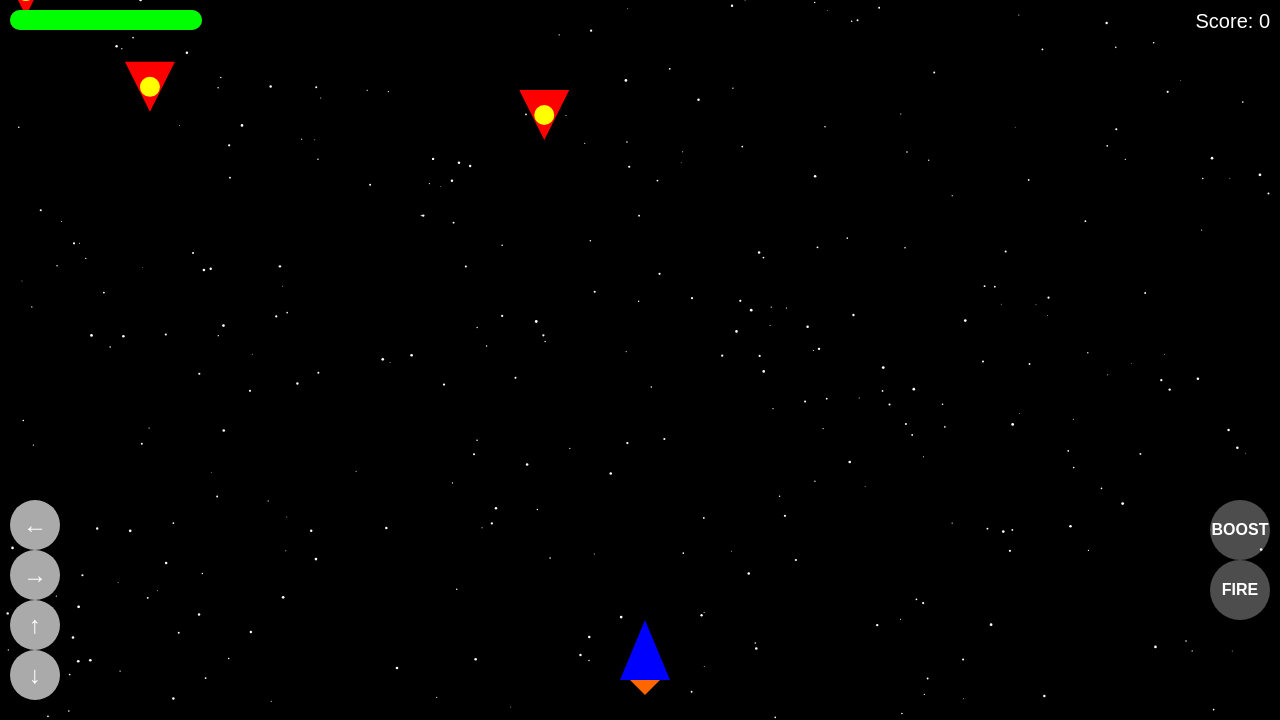
Repository: BiranOrundas/space-shooter
Page: space-shooter.html
An editor plug-in stored every save of this project. The page is shown before and after the next save, followed by the edit.
The browser window is 1280 px wide. The pictures show the whole page.

Above is the page before, as saved 2025-03-13 15:59:56.

### space-shooter.html
<!DOCTYPE html>
<html lang="en">
<head>
  <meta charset="UTF-8">
  <meta name="viewport" content="width=device-width, initial-scale=1.0">
  <title>Space Shooter</title>
  <style>
    body {
      margin: 0;
      overflow: hidden;
      touch-action: none;
      font-family: Arial, sans-serif;
      background-color: #000;
      display: flex;
      justify-content: center;
      align-items: center;
      height: 100vh;
    }

    #game-container {
      position: relative;
      width: 100vw;
      height: 100vh;
      background-color: #000;
      overflow: hidden;
      touch-action: none;
    }

    #game-canvas {
      width: 100%;
      height: 100%;
    }

    #controls {
      position: absolute;
      bottom: 20px;
      left: 0;
      width: 100%;
      display: flex;
      justify-content: space-between;
      z-index: 10;
    }

    .direction-btn {
      width: 50px;
      height: 50px;
      background-color: rgba(255, 255, 255, 0.3);
      border-radius: 50%;
      display: flex;
      justify-content: center;
      align-items: center;
      color: white;
      font-weight: bold;
      font-size: 24px;
      user-select: none;
      margin: 0 10px;
    }
    .direction-btnpress {
      width: 50px;
      height: 50px;
      background-color: rgba(24, 124, 4, 0.3);
      border-radius: 50%;
      display: flex;
      justify-content: center;
      align-items: center;
      color: white;
      font-weight: bold;
      font-size: 24px;
      user-select: none;
      margin: 0 10px;
    }

    .action-btn {
      width: 60px;
      height: 60px;
      background-color: rgba(255, 255, 255, 0.3);
      border-radius: 50%;
      display: flex;
      justify-content: center;
      align-items: center;
      color: white;
      font-weight: bold;
      font-size: 16px;
      user-select: none;
      margin: 0 10px;
    }

    #life-bar-container {
      position: absolute;
      top: 10px;
      left: 10px;
      width: 15%;
      height: 20px;
      background-color: rgba(255, 255, 255, 0.3);
      border-radius: 10px;
    }

    #life-bar {
      height: 100%;
      width: 100%;
      background-color: #0f0;
      border-radius: 10px;
      transition: width 0.5s;
    }

    #score {
      position: absolute;
      top: 10px;
      right: 10px;
      color: white;
      font-size: 20px;
    }

    #game-over {
      position: absolute;
      top: 0;
      left: 0;
      width: 100%;
      height: 100%;
      background-color: rgba(0, 0, 0, 0.8);
      display: none;
      flex-direction: column;
      justify-content: center;
      align-items: center;
      color: white;
      font-size: 30px;
      z-index: 20;
    }

    #restart-btn {
      margin-top: 20px;
      padding: 10px 20px;
      background-color: #0f0;
      color: black;
      border: none;
      border-radius: 5px;
      font-size: 18px;
      cursor: pointer;
    }

    .star {
      position: absolute;
      background-color: white;
      border-radius: 50%;
    }
  </style>
</head>
<body>
  <div id="game-container">
    <div id="life-bar-container">
      <div id="life-bar"></div>
    </div>
    <div id="score">Score: 0</div>
    <canvas id="game-canvas"></canvas>

    <div id="controls">
      <div id="movement-controls">
        <div name="leftButton" class="direction-btn" id="left-btn">←</div>
        <div name="rightButton" class="direction-btn" id="right-btn">→</div>
        <div name="upButton" class="direction-btn" id="up-btn">↑</div>
        <div name="downButton" class="direction-btn" id="down-btn">↓</div>
      </div>
      <div id="action-controls">
        <div class="action-btn" id="boost-btn">BOOST</div>
        <div class="action-btn" id="shoot-btn">FIRE</div>
      </div>
    </div>

    <div id="game-over">
      <div>GAME OVER</div>
      <div id="final-score">Score: 0</div>
      <button id="restart-btn">Restart</button>
    </div>
  </div>

  <script>
    // Game setup
    const canvas = document.getElementById('game-canvas');
    const ctx = canvas.getContext('2d');

    // Set canvas dimensions to match container
    const container = document.getElementById('game-container');
    canvas.width = container.clientWidth;
    canvas.height = container.clientHeight;

    // Game variables
    let score = 0;
    let gameOver = false;
    let animationId;

    // Player variables
    const player = {
      x: canvas.width / 2 - 20,
      y: canvas.height - 100,
      width: 50,
      height: 60,
      speed: 5,
      boostedSpeed: 10,
      isBoosting: false,
      life: 100,
      color: '#00f',
      cooldown: 0,
      lastShot: 0
    };


    // Game elements arrays
    const bullets = [];
    const enemies = [];
    const stars = [];

    // Control variables
    let leftPressed = false;
    let rightPressed = false;
    let upPressed = false;
    let downPressed = false;
    let shootPressed = false;
    let boostPressed = false;

    // Generate stars for background
    function createStars() {
      const starCount = 300;
      for (let i = 0; i < starCount; i++) {
        stars.push({
          x: Math.random() * canvas.width,
          y: Math.random() * canvas.height,
          size: Math.random() * 1 + 0.4,
          speed: Math.random() * 1 + 1.9,

        });
      }
    }

    // Draw player's spaceship
    function drawPlayer() {
      // Draw player ship
      ctx.fillStyle = player.color;

      // Ship body
      ctx.beginPath();
      ctx.moveTo(player.x + player.width / 2, player.y);
      ctx.lineTo(player.x + player.width, player.y + player.height);
      ctx.lineTo(player.x, player.y + player.height);
      ctx.closePath();
      ctx.fill();

      // Engine flames
      if (player.isBoosting) {
        ctx.fillStyle = '#ff0';
      } else {
        ctx.fillStyle = '#f60';
      }

      const flameHeight = player.isBoosting ? 30 : 15;
      ctx.beginPath();
      ctx.moveTo(player.x + 10, player.y + player.height);
      ctx.lineTo(player.x + player.width / 2, player.y + player.height + flameHeight);
      ctx.lineTo(player.x + player.width - 10, player.y + player.height);
      ctx.closePath();
      ctx.fill();
    }

    // Create a bullet
    function shootBullet() {
      const now = Date.now();
      if (now - player.lastShot > 50 ) { // Cooldown in ms
        bullets.push({
          x: player.x + player.width / 2 - 3,
          y: player.y,
          width: 2,
          height: 10,
          speed: 20,
          color: '#f00'
        });
        player.lastShot = now;
      }
    }

    // Draw bullets
    function drawBullets() {
      bullets.forEach(bullet => {
        ctx.fillStyle = bullet.color;
        ctx.fillRect(bullet.x, bullet.y, bullet.width, bullet.height);
      });
    }

    // Create enemy ships
// Create enemy ships
function spawnEnemy() {
  if (Math.random() < 0.02 && !gameOver) {
    // Eğer boost aktifse, düşmanların hızını artır
    const speedFactor = player.isBoosting ? 5.5 : 1;
    const enemySpeed = player.isBoosting ? Math.random() * 16 + 2 : Math.random() * speedFactor;

    enemies.push({
      x: Math.random() * (canvas.width - 50),
      y: -50,
      width: 50,
      height: 50,
      speed: enemySpeed  // Boost durumuna göre hız
    });
  }
}


    // Draw enemy ships
    function drawEnemies() {
      enemies.forEach(enemy => {
        // Enemy ship body
        ctx.fillStyle = '#f00';
        ctx.beginPath();
        ctx.moveTo(enemy.x + enemy.width / 2, enemy.y + enemy.height);
        ctx.lineTo(enemy.x + enemy.width, enemy.y);
        ctx.lineTo(enemy.x, enemy.y);
        ctx.closePath();
        ctx.fill();

        // Enemy details
        ctx.fillStyle = '#ff0';
        ctx.beginPath();
        ctx.arc(enemy.x + enemy.width / 2, enemy.y + enemy.height / 2, 10, 0, Math.PI * 2);
        ctx.fill();
      });
    }

    // Draw stars background
    function drawStars() {
      ctx.fillStyle = 'white';
      stars.forEach(star => {
        ctx.beginPath();
        ctx.arc(star.x, star.y, star.size, 0, Math.PI * 2);
        ctx.fill();
      });
    }

    // Update star positions
  // Update star positions
function updateStars() {
  stars.forEach(star => {
    // Eğer boost aktifse, yıldızın hızını artır
    const speedFactor = player.isBoosting ? 5.5 : 1;

    star.y += star.speed * speedFactor; // Yıldızın hızı boost durumuna göre değişir

    // Eğer yıldız ekranın dışına çıkarsa, konumunu sıfırlayın
    if (star.y > canvas.height) {
      star.y = 0;
      star.x = Math.random() * canvas.width;
    }
  });
}


// Update game elements
function updateGameElements() {

  if (leftPressed && player.x > 0) {
    player.x -= player.isBoosting ? player.boostedSpeed : player.speed;
    const LeftDirs = document.getElementsByName("leftButton");
LeftDirs.forEach(btn => {
    btn.style.backgroundColor = "#5CE65C";
});
  }else{
    const LeftDirs = document.getElementsByName("leftButton");
LeftDirs.forEach(btn => {
    btn.style.backgroundColor = "#AAAAAA";
})};



  if (rightPressed && player.x < canvas.width - player.width) {
    player.x += player.isBoosting ? player.boostedSpeed : player.speed;

    const rightDirs = document.getElementsByName("rightButton");
    rightDirs.forEach(btn => {
    btn.style.backgroundColor = "#5CE65C";
});
  }else{
    const rightDirs = document.getElementsByName("rightButton");
    rightDirs.forEach(btn => {
    btn.style.backgroundColor = "#AAAAAA";
})};


  if (upPressed && player.y < canvas.height - player.height) {
    player.y -= player.isBoosting ? player.boostedSpeed : player.speed;
    const upDirs = document.getElementsByName("upButton");
    upDirs.forEach(btn => {
    btn.style.backgroundColor = "#5CE65C";
});

  }else{
    const upDirs = document.getElementsByName("upButton");
    upDirs.forEach(btn => {
    btn.style.backgroundColor = "#AAAAAA";
})};






  if (downPressed && player.y < canvas.height - 20 - player.height) {
    player.y += player.isBoosting ? player.boostedSpeed : player.speed;
    const downDirs = document.getElementsByName("downButton");
    downDirs.forEach(btn => {
    btn.style.backgroundColor = "#5CE65C";
});

  }else{
    const downDirs = document.getElementsByName("downButton");
    downDirs.forEach(btn => {
    btn.style.backgroundColor = "#AAAAAA";
})};

  // Update bullets
  for (let i = 0; i < bullets.length; i++) {
    bullets[i].y -= bullets[i].speed;

    // Remove bullets that are off screen
    if (bullets[i].y < 0) {
      bullets.splice(i, 1);
      i--;
    }
  }

  // Update enemies
  for (let i = 0; i < enemies.length; i++) {
    enemies[i].y += enemies[i].speed;

    // Check for collision with player
    if (
      player.x < enemies[i].x + enemies[i].width &&
      player.x + player.width > enemies[i].x &&
      player.y < enemies[i].y + enemies[i].height &&
      player.y + player.height > enemies[i].y
    ) {
      // Player hit by enemy
      player.life -= 20;
      updateLifeBar();

      // Remove enemy
      enemies.splice(i, 1);
      i--;

      // Check game over
      if (player.life <= 0) {
        endGame();
      }

      continue;
    }

    // Check for bullets hitting enemies
    for (let j = 0; j < bullets.length; j++) {
      if (
        bullets[j].x < enemies[i].x + enemies[i].width &&
        bullets[j].x + bullets[j].width > enemies[i].x &&
        bullets[j].y < enemies[i].y + enemies[i].height &&
        bullets[j].y + bullets[j].height > enemies[i].y
      ) {
        // Enemy hit by bullet
        score += 50;
        updateScore();

      // Global variable to track if the bullet height has been changed
let bulletHeightUpdated = false;

// Inside the game loop or where you check the score
if (score >= 100 && !bulletHeightUpdated) {
    // Set the bullet height to 100
    bullets.forEach(bullet => {
        bullet.height = 100;
        bullet.color = "#00FF00"
    });

    // Mark the bullet height as updated
    bulletHeightUpdated = true;
}


        // Remove enemy and bullet
        enemies.splice(i, 1);
        bullets.splice(j, 1);
        i--;
        break;
      }
    }

    // Remove enemies that are off screen
    if (enemies[i] && enemies[i].y > canvas.height) {
      enemies.splice(i, 1);
      i--;
    }
  }
}


function Day() {
    const space = document.getElementById("game-container");

    setTimeout((randomColor) => {
        var randomColor = Math.floor(Math.random()*16777215).toString(16);
        space.style.backgroundColor = randomColor;
    },5500);
}


    // Update life bar
    function updateLifeBar() {
      const lifeBar = document.getElementById('life-bar');
      lifeBar.style.width = `${player.life}%`;

      // Change color based on life
      if (player.life > 60) {
        lifeBar.style.backgroundColor = '#0f0';
      } else if (player.life > 30) {
        lifeBar.style.backgroundColor = '#ff0';
      } else {
        lifeBar.style.backgroundColor = '#f00';
      }
    }

    // Update score display
    function updateScore() {
      document.getElementById('score').textContent = `Score: ${score}`;
    }

    // Game over
    function endGame() {
      gameOver = true;
      document.getElementById('game-over').style.display = 'flex';
      document.getElementById('final-score').textContent = `Score: ${score}`;
      cancelAnimationFrame(animationId);
    }

    // Main game loop
    function gameLoop() {
      // Clear canvas
      ctx.fillStyle = '#000';
      ctx.fillRect(0, 0, canvas.width, canvas.height);
        //Space Turning
      Day();

      // Draw stars
      drawStars();
      updateStars();

      // Spawn enemies
      spawnEnemy();


      // Update game elements
      updateGameElements();

      // Fire bullet if shoot button is pressed
      if (shootPressed) {
        shootBullet();
      }

      // Draw game elements
      drawPlayer();
      drawBullets();
      drawEnemies();

      // Continue game loop
      if (!gameOver) {
        animationId = requestAnimationFrame(gameLoop);
      }
    }

    // Event listeners for keyboard controls
    document.addEventListener('keydown', (e) => {
      if (e.key === 'ArrowLeft' || e.key === 'a') leftPressed = true;
      if (e.key === 'ArrowRight' || e.key === 'd') rightPressed = true;
      if (e.key === 'ArrowUp' || e.key === 'w') upPressed = true;
      if (e.key === 'ArrowDown' || e.key === 's') downPressed = true;
      if (e.key === ' ' || e.key === 'Enter') shootPressed = true;
      if (e.key === 'Shift') {
        boostPressed = true;
        player.isBoosting = true;
      }
    });

    document.addEventListener('keyup', (e) => {
      if (e.key === 'ArrowLeft' || e.key === 'a') leftPressed = false;
      if (e.key === 'ArrowRight' || e.key === 'd') rightPressed = false;
      if (e.key === 'ArrowUp' || e.key === 'w') upPressed = false;
      if (e.key === 'ArrowDown' || e.key === 's') downPressed = false;
      if (e.key === ' ' || e.key === 'Enter') shootPressed = false;
      if (e.key === 'Shift') {
        boostPressed = false;
        player.isBoosting = false;
      }
    });

    // Touch controls
    const leftBtn = document.getElementById('left-btn');
    const rightBtn = document.getElementById('right-btn');
    const shootBtn = document.getElementById('shoot-btn');
    const boostBtn = document.getElementById('boost-btn');

    leftBtn.addEventListener('touchstart', (e) => {
      e.preventDefault();
      leftPressed = true;
    });

    leftBtn.addEventListener('touchend', (e) => {
      e.preventDefault();
      leftPressed = false;
    });

    rightBtn.addEventListener('touchstart', (e) => {
      e.preventDefault();
      rightPressed = true;
    });

    rightBtn.addEventListener('touchend', (e) => {
      e.preventDefault();
      rightPressed = false;
    });

    shootBtn.addEventListener('touchstart', (e) => {
      e.preventDefault();
      shootPressed = true;
    });

    shootBtn.addEventListener('touchend', (e) => {
      e.preventDefault();
      shootPressed = false;
    });

    boostBtn.addEventListener('touchstart', (e) => {
      e.preventDefault();
      boostPressed = true;
      player.isBoosting = true;
    });

    boostBtn.addEventListener('touchend', (e) => {
      e.preventDefault();
      boostPressed = false;
      player.isBoosting = false;
    });

    // Mouse controls (for testing on desktop)
    leftBtn.addEventListener('mousedown', () => {
      leftPressed = true;
    });

    leftBtn.addEventListener('mouseup', () => {
      leftPressed = false;
    });

    rightBtn.addEventListener('mousedown', () => {
      rightPressed = true;
    });

    rightBtn.addEventListener('mouseup', () => {
      rightPressed = false;
    });

    shootBtn.addEventListener('mousedown', () => {
      shootPressed = true;
    });

    shootBtn.addEventListener('mouseup', () => {
      shootPressed = false;
    });

    boostBtn.addEventListener('mousedown', () => {
      boostPressed = true;
      player.isBoosting = true;
    });

    boostBtn.addEventListener('mouseup', () => {
      boostPressed = false;
      player.isBoosting = false;
    });

    // Restart game
    document.getElementById('restart-btn').addEventListener('click', () => {
      // Reset game state
      score = 0;
      gameOver = false;
      player.life = 100;
      player.x = canvas.width / 2 - 25;
      player.y = canvas.height - 100;
      player.isBoosting = false;

      // Clear arrays
      bullets.length = 0;
      enemies.length = 0;

      // Update UI
      updateScore();
      updateLifeBar();

      // Hide game over screen
      document.getElementById('game-over').style.display = 'none';

      // Start game loop
      gameLoop();
    });

    // Initialize game
    function initGame() {
      createStars();
      updateLifeBar();
      gameLoop();
    }

    // Start the game
    window.addEventListener('load', initGame);

    window.addEventListener('resize', () => {
  canvas.width = container.clientWidth;
  canvas.height = container.clientHeight;
});
  </script>
</body>
</html>

After the next save:
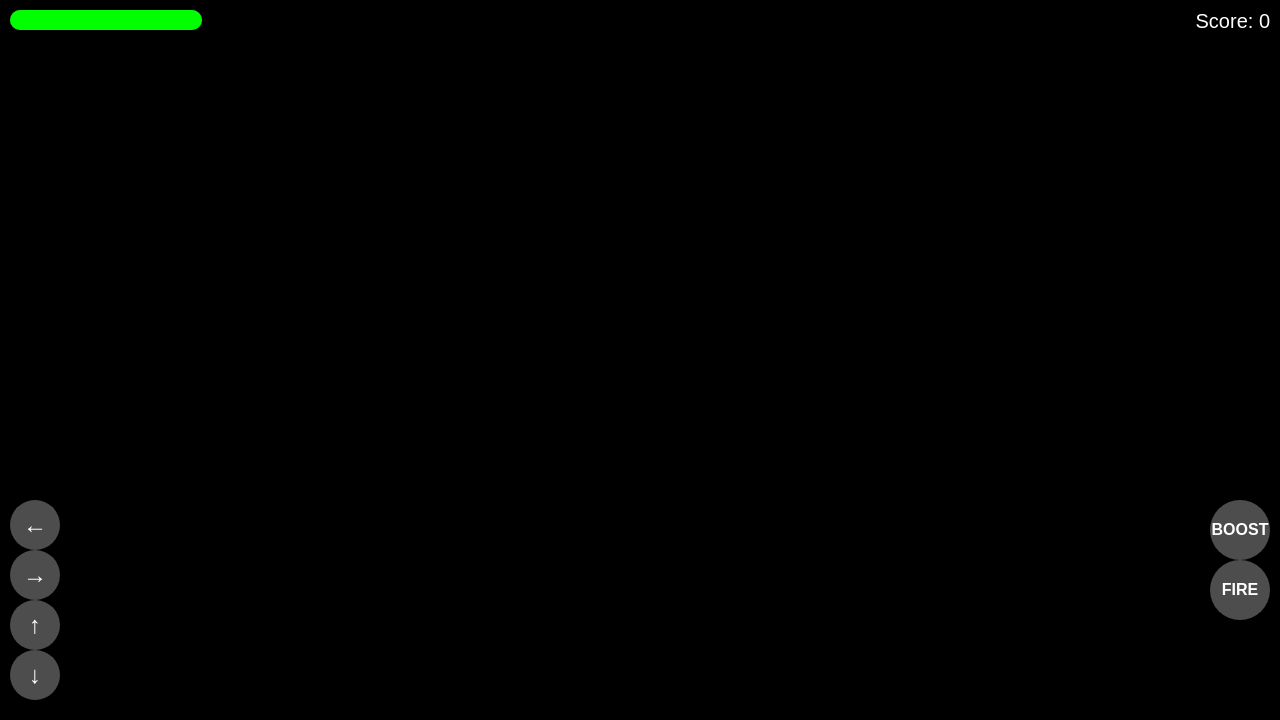
Console error: SyntaxError: Unexpected token ';'
Saved 16 s later.
--- a/space-shooter.html
+++ b/space-shooter.html
@@ -290,7 +290,7 @@
   if (Math.random() < 0.02 && !gameOver) {
     // Eğer boost aktifse, düşmanların hızını artır
     const speedFactor = player.isBoosting ? 5.5 : 1;
-    const enemySpeed = player.isBoosting ? Math.random() * 16 + 2 : Math.random() * speedFactor;
+    const enemySpeed = player.isBoosting ? Math.random() * speedFactor;
 
     enemies.push({
       x: Math.random() * (canvas.width - 50),

After the 2 saves that followed:
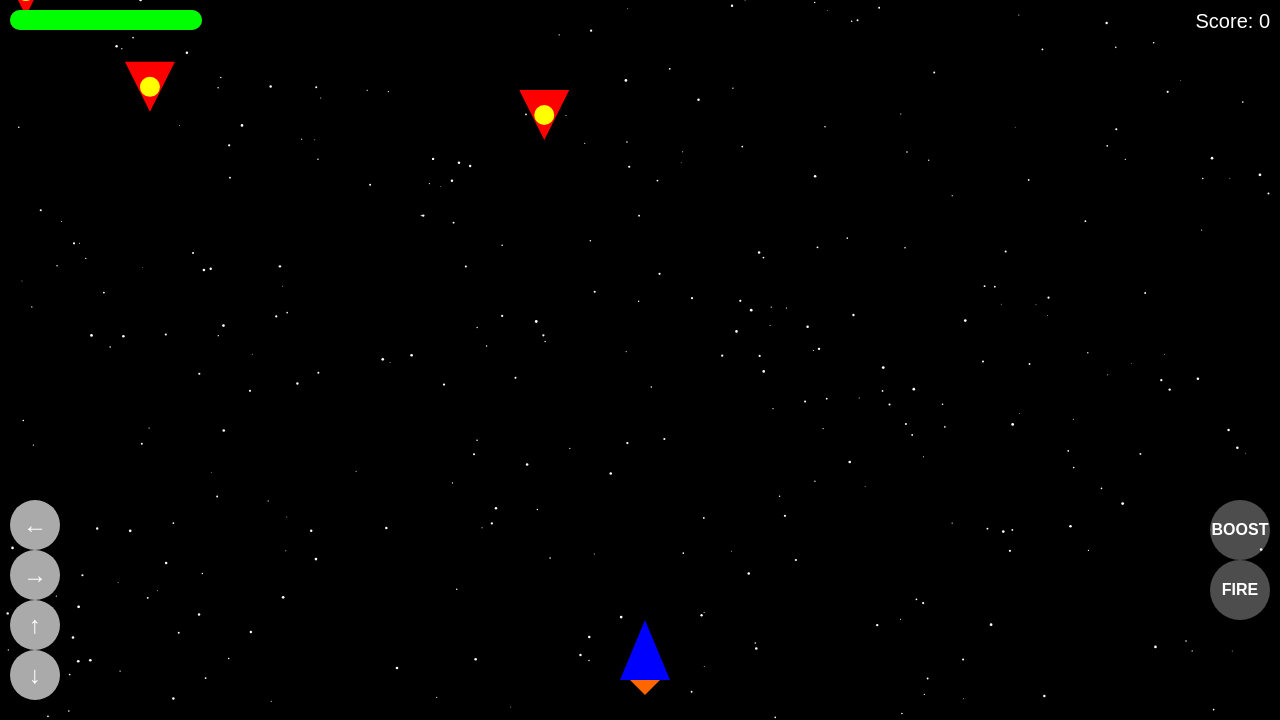
The error is gone.
The 2 saves are shown as one change because 1 left the picture as it was.
The last was saved 10 s later.
--- a/space-shooter.html
+++ b/space-shooter.html
@@ -290,7 +290,7 @@
   if (Math.random() < 0.02 && !gameOver) {
     // Eğer boost aktifse, düşmanların hızını artır
     const speedFactor = player.isBoosting ? 5.5 : 1;
-    const enemySpeed = player.isBoosting ? Math.random() * speedFactor;
+    const enemySpeed = player.isBoosting ? Math.random() * 16 + 2 : Math.random() * speedFactor;
 
     enemies.push({
       x: Math.random() * (canvas.width - 50),
